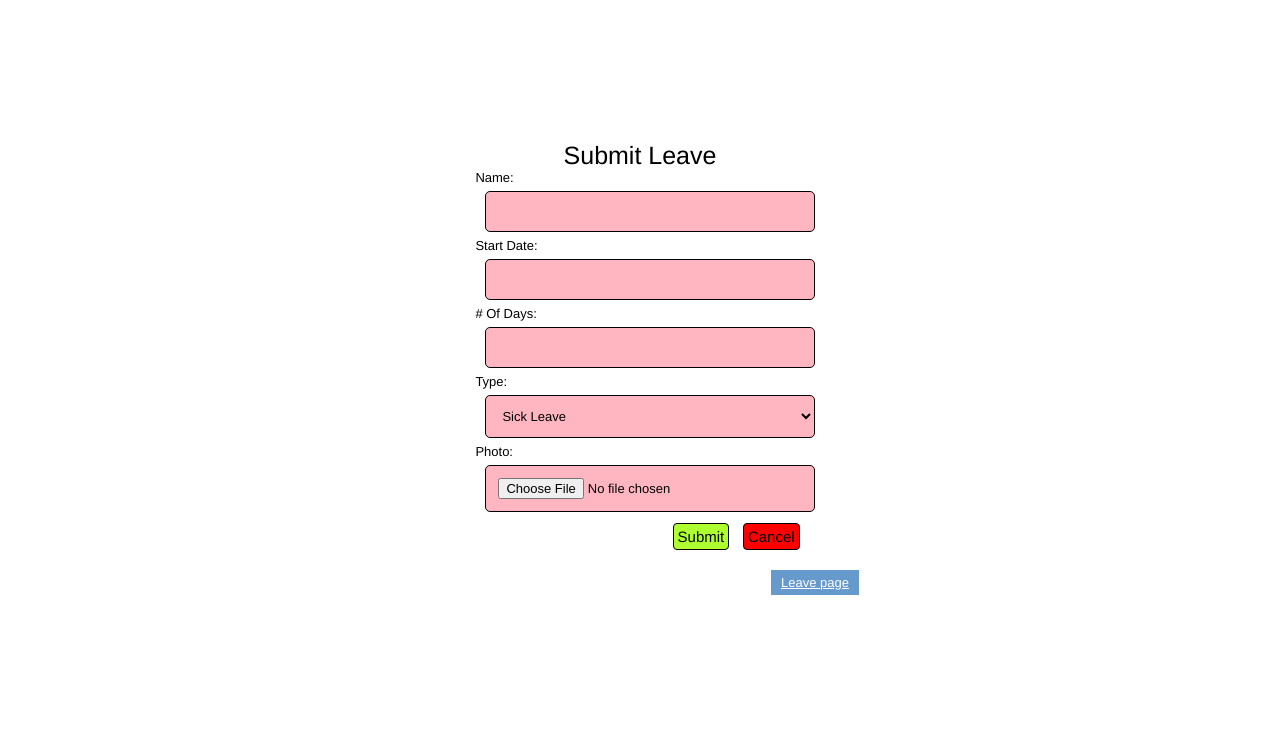
Repository: Murad71/BasicCRUD
Page: index.html
The author's editor kept a copy of each file at every save. The page is drawn from the files as they stood at one save, then again after the next save.
The browser window is 1280 px wide. The pictures show the whole page.

Above is the page before, as saved 2023-04-18 21:48:08.

After the next save:
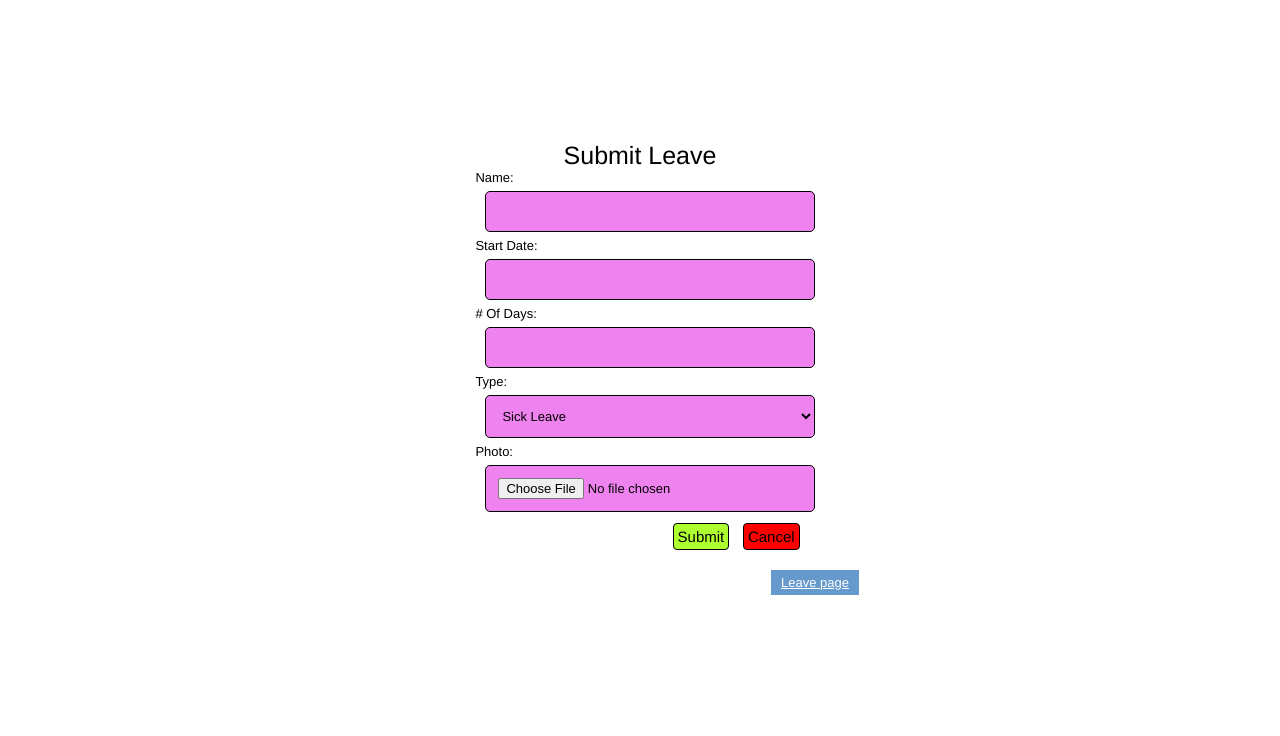
Saved 17 s later.
--- a/index.css
+++ b/index.css
@@ -38,7 +38,7 @@ textarea {
   border: 1px solid;
   border-radius: 5px;
   margin-left: 10px;
-  background-color: lightpink;
+  background-color: violet;
 }
 
 .button-container {
